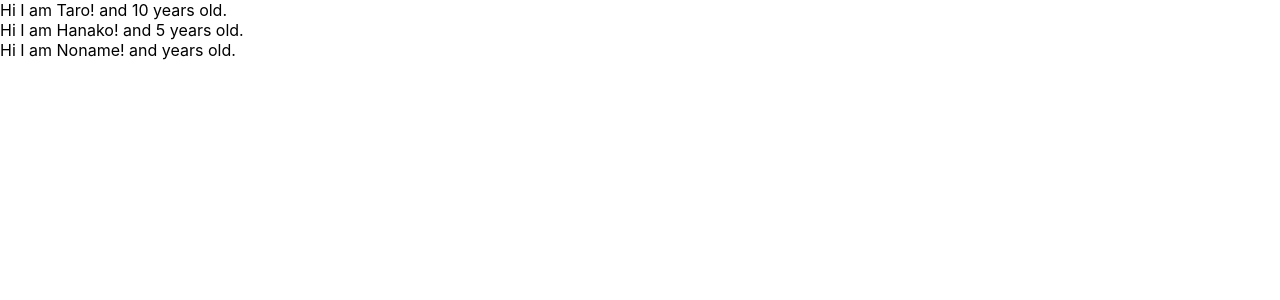
Repository: hira837/my-first-react-app
Page: /
These files come from the project's save history. The page is drawn as it stood at one moment and after the next save; the edit follows.
The browser window is 1280 px wide. The pictures show the whole page.
The project was rebuilt for these pictures with package versions that can differ from the ones it lists, and the page was loaded fresh each time.

Above is the page before, as saved 2019-12-07 17:59:52.

### src/App.js
import React from 'react';
import PropTypes from 'prop-types'

//function App() {
//const dom = <div>Improve React Skiil</div> ;
//return = dom;
//}
//class App extends Component {
//	render(){
//		const greeting = "Hi, Tom"
//		const dom = <h1 className="foo">{ greeting }</h1>;
//		return dom;
//	}
//}


//class App extends Component {
//	render(){
//		return (
//			<React.Fragment>
//				<label htmlFor="bar">bar</label>
//				<input type="text" onClick={() => {console.log("Hi there") }}/>;
//			</React.Fragment>
//)
//	}
//}

const App = ()=> {
	const profiles = [
		{ name: "Taro", age: 10 },
		{ name: "Hanako", age: 5 },
		{ name: "Noname" }
	]

	return (
	<div>
		{
			profiles.map((profile, index)=> {
				return <User name={profile.name} age={profile.age} key={index} />
			})
		}
	</div>
	)
}

const User = (props) => {
	return <div>Hi I am {props.name}! and {props.age} years old.</div>
}

User.propTypes = {
	name: PropTypes.string
}

export default App;

Loaded but not shown: public/index.html (common file); src/index.js (common file); src/index.css (common file); src/serviceWorker.js (common file)

After the next save:
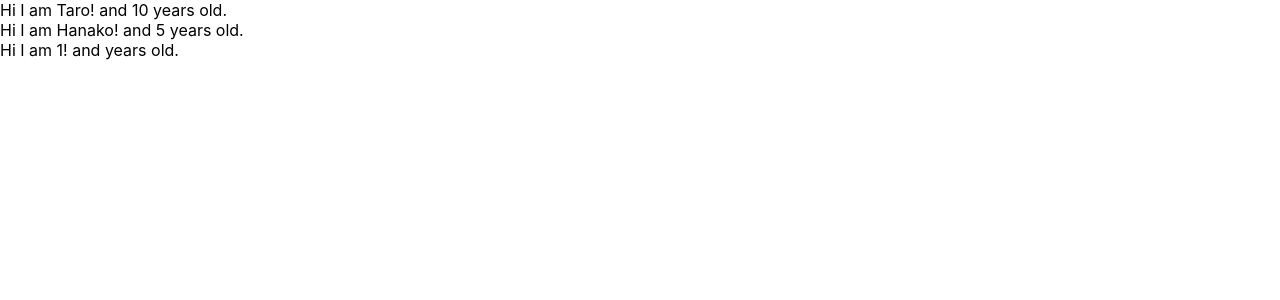
Saved 23 s later.
--- a/src/App.js
+++ b/src/App.js
@@ -29,7 +29,7 @@
 	const profiles = [
 		{ name: "Taro", age: 10 },
 		{ name: "Hanako", age: 5 },
-		{ name: "Noname" }
+		{ name: 1 }
 	]
 
 	return (

After the save that followed:
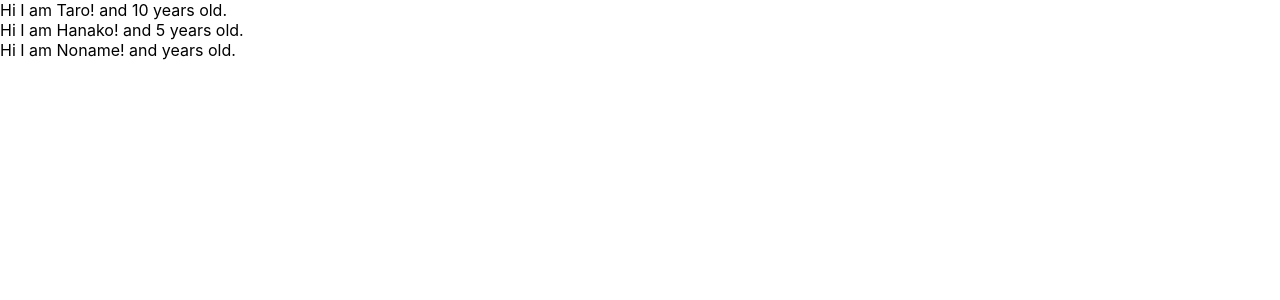
Saved 51 s later.
--- a/src/App.js
+++ b/src/App.js
@@ -29,7 +29,7 @@
 	const profiles = [
 		{ name: "Taro", age: 10 },
 		{ name: "Hanako", age: 5 },
-		{ name: 1 }
+		{ name: "Noname" }
 	]
 
 	return (
